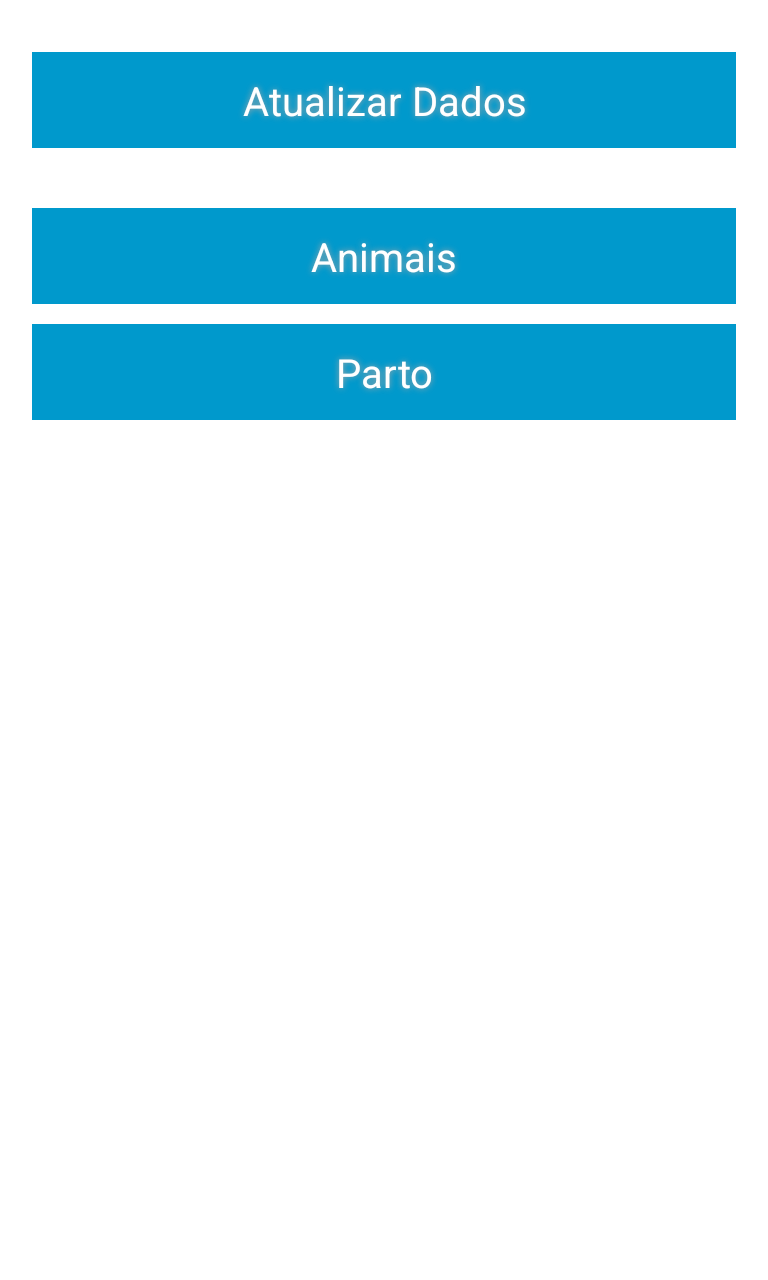
Repository: vpamaral/TaurusMobile
Layout: TaurusMobile/res/layout/activity_main.xml
An editor plug-in stored every save of this project. The layout is shown before and after the next save, followed by the edit.
It is drawn on a 768 x 1280 px phone screen (xhdpi) without system bars, with theme AppTheme; the app's code is not run.

Above is the layout before, as saved 2015-05-15 16:57:03.

After the next save:
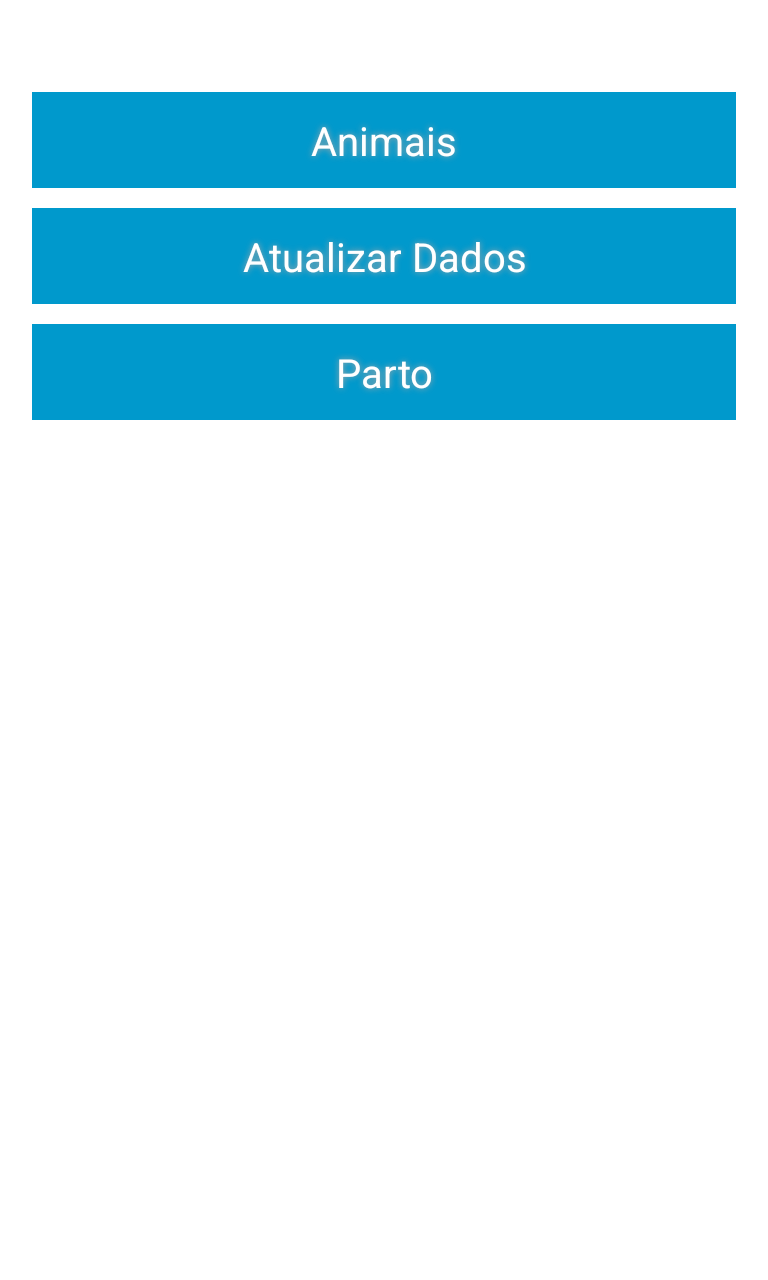
Saved 35 s later.
--- a/TaurusMobile/res/layout/activity_main.xml
+++ b/TaurusMobile/res/layout/activity_main.xml
@@ -15,18 +15,18 @@
         android:layout_height="wrap_content" >
 
         <Button
-            android:id="@+id/btn_atualiza"
+            android:id="@+id/btn_animal"
             android:layout_width="match_parent"
             android:layout_height="wrap_content"
-            android:layout_alignLeft="@+id/btn_animal"
-            android:layout_below="@+id/btn_animal"
-            android:layout_marginTop="10dp"
+            android:layout_alignLeft="@+id/btn_atualiza"
+            android:layout_below="@+id/btn_atualiza"
+            android:layout_marginTop="30dp"
             android:background="@drawable/btn_selector"
             android:shadowColor="#A8A8A8"
             android:shadowDx="0"
             android:shadowDy="0"
             android:shadowRadius="5"
-            android:text="Atualizar Dados"
+            android:text="Animais"
             android:textColor="#FFFFFF"
             android:textSize="20sp" />
     </LinearLayout>
@@ -37,18 +37,18 @@
         android:layout_height="wrap_content" >
 
         <Button
-            android:id="@+id/btn_animal"
+            android:id="@+id/btn_atualiza"
             android:layout_width="match_parent"
             android:layout_height="wrap_content"
             android:layout_alignParentTop="true"
             android:layout_centerHorizontal="true"
-            android:layout_marginTop="30dp"
+            android:layout_marginTop="10dp"
             android:background="@drawable/btn_selector"
             android:shadowColor="#A8A8A8"
             android:shadowDx="0"
             android:shadowDy="0"
             android:shadowRadius="5"
-            android:text="Animais"
+            android:text="Atualizar Dados"
             android:textColor="#FFFFFF"
             android:textSize="20sp" />
     </LinearLayout>
